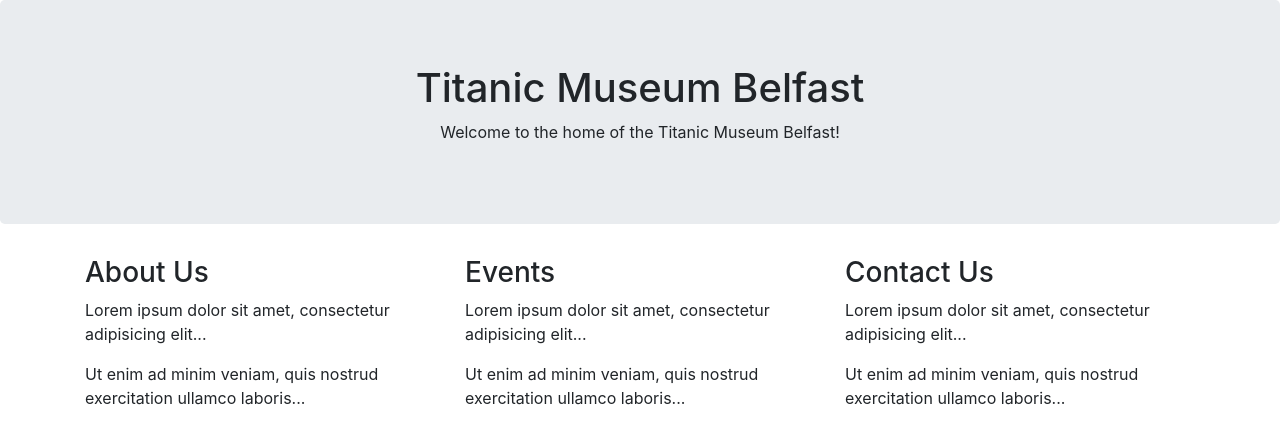
Repository: scass974/pa-spring-boot
Page: todo/src/main/resources/static/index.html
These files come from the project's save history. The page is drawn as it stood at one moment and after the next save; the edit follows.
The browser window is 1280 px wide. The pictures show the whole page.

Above is the page before, as saved 2019-09-16 13:45:48.

### todo/src/main/resources/static/index.html
<!DOCTYPE html>
<html lang="en">
<head>
  <title>Bootstrap Example</title>
  <meta charset="utf-8">
  <meta name="viewport" content="width=device-width, initial-scale=1">
  <link rel="stylesheet" href="https://maxcdn.bootstrapcdn.com/bootstrap/4.3.1/css/bootstrap.min.css">
  <script src="https://ajax.googleapis.com/ajax/libs/jquery/3.4.1/jquery.min.js"></script>
  <script src="https://cdnjs.cloudflare.com/ajax/libs/popper.js/1.14.7/umd/popper.min.js"></script>
  <script src="https://maxcdn.bootstrapcdn.com/bootstrap/4.3.1/js/bootstrap.min.js"></script>
</head>
<body>

<div class="jumbotron text-center" style = "background-image: images/titanic.jpg;">
  <h1>Titanic Museum Belfast</h1>
  <p>Welcome to the home of the Titanic Museum Belfast!</p>
</div>

<div class="container">
  <div class="row">
    <div class="col-sm-4">
      <h3>About Us</h3>
      <p>Lorem ipsum dolor sit amet, consectetur adipisicing elit...</p>
      <p>Ut enim ad minim veniam, quis nostrud exercitation ullamco laboris...</p>
    </div>
    <div class="col-sm-4">
      <h3>Events</h3>
      <p>Lorem ipsum dolor sit amet, consectetur adipisicing elit...</p>
      <p>Ut enim ad minim veniam, quis nostrud exercitation ullamco laboris...</p>
    </div>
    <div class="col-sm-4">
      <h3>Contact Us</h3>
      <p>Lorem ipsum dolor sit amet, consectetur adipisicing elit...</p>
      <p>Ut enim ad minim veniam, quis nostrud exercitation ullamco laboris...</p>
    </div>
  </div>
</div>

</body>
</html>

After the next save:
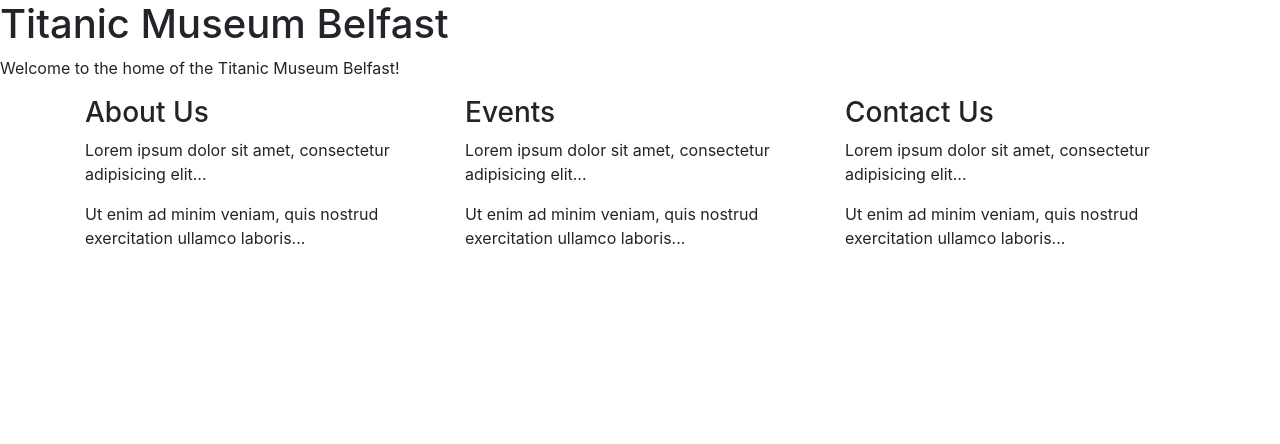
Saved 3 min 20 s later.
--- a/todo/src/main/resources/static/index.html
+++ b/todo/src/main/resources/static/index.html
@@ -11,7 +11,7 @@
 </head>
 <body>
 
-<div class="jumbotron text-center" style = "background-image: images/titanic.jpg;">
+<div class="view" style = "background-image: images/titanic.jpg;">
   <h1>Titanic Museum Belfast</h1>
   <p>Welcome to the home of the Titanic Museum Belfast!</p>
 </div>
